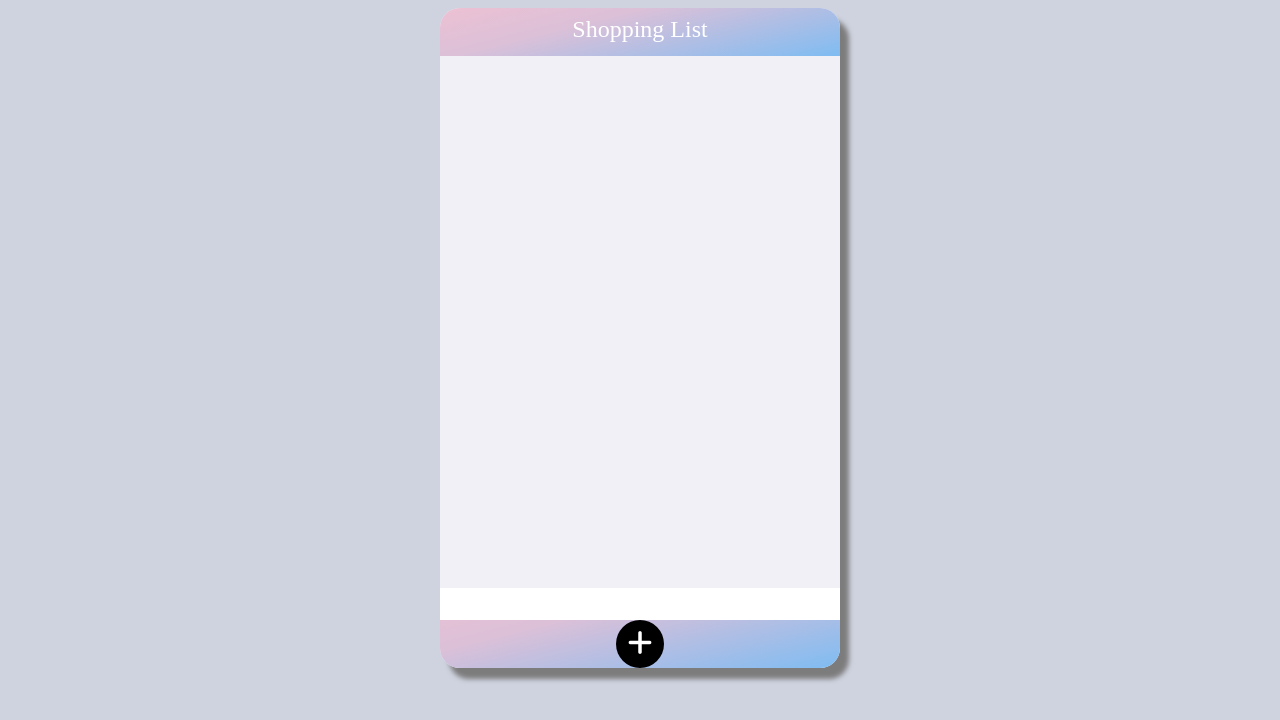
Repository: kimyongyeon/lsa_mento_db
Page: index.html
An editor plug-in stored every save of this project. The page is shown before and after the next save, followed by the edit.
The browser window is 1280 px wide. The pictures show the whole page.
Some web libraries are served in a nearby version.

Above is the page before, as saved 2023-03-02 08:33:02.

After the next save:
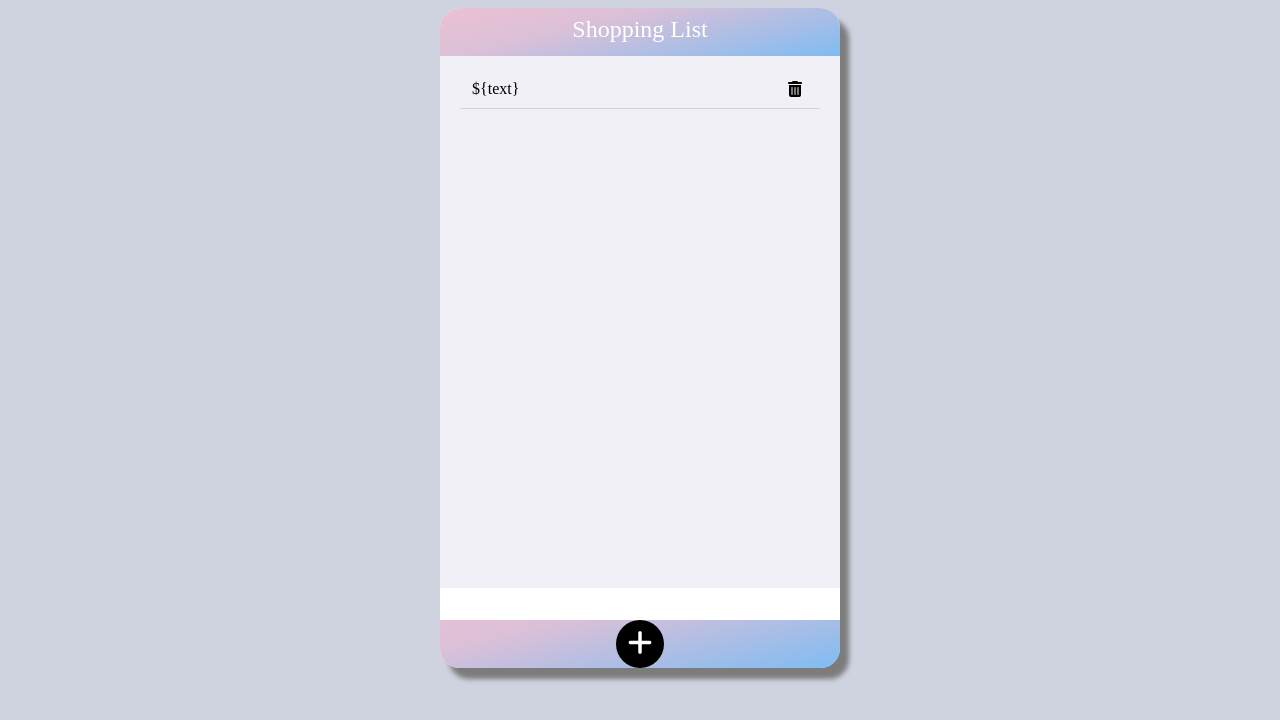
Saved 6 min 46 s later.
--- a/index.html
+++ b/index.html
@@ -4,7 +4,7 @@
     <meta charset="UTF-8" />
     <meta http-equiv="X-UA-Compatible" content="IE=edge" />
     <meta name="viewport" content="width=device-width, initial-scale=1.0" />
-    <title>Shopping list</title>
+    <title>Todo-list</title>
     <link rel="stylesheet" href="style.css" />
     <script
       src="https://kit.fontawesome.com/cedd8ea2fb.js"
@@ -15,7 +15,17 @@
   <body>
     <section class="list">
       <header class="header">Shopping List</header>
-      <ul class="items"></ul>
+      <ul class="items">
+        <li class="item__row" data-id="${id}">
+          <div class="item">
+            <span class="item__name">${text}</span>
+            <button class="item__delete">
+              <i class="fa-solid fa-trash-can" data-id="${id}"></i>
+            </button>
+          </div>
+          <div class="item__divider"></div>
+        </li>
+      </ul>
       <footer class="footer">
         <form class="new-form">
           <input type="text" class="footer__input" />
